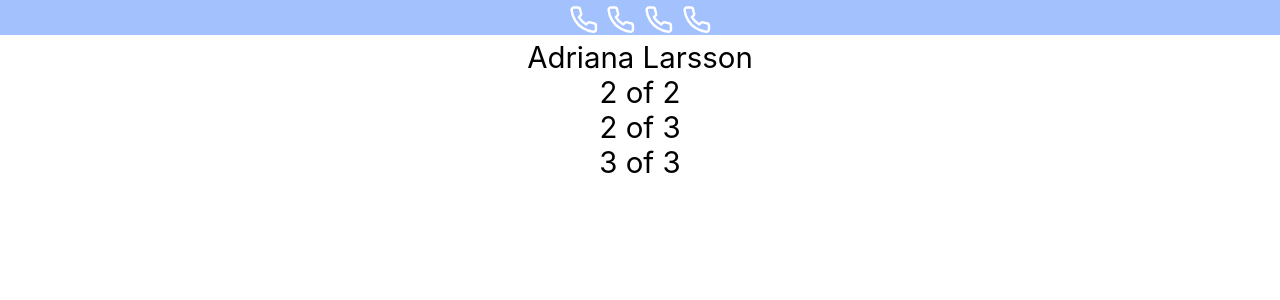
Repository: AdrianaLarsson/learning-react-adriana
Page: /
An editor plug-in stored every save of this project. The page is shown before and after a run of saves, followed by the edit.
The browser window is 1280 px wide. The pictures show the whole page.
The project was rebuilt for these pictures with package versions that can differ from the ones it lists, and the page was loaded fresh each time. Also part of the build but not shown: src/components/pixiLearn/pixi-learning.js, src/components/pixiLearn/reactTimline/timelinegant.js.

Above is the page before, as saved 2021-02-17 13:22:22.

### src/App.js
import './App.css';
import PixiLearning from './components/pixiLearn/pixi-learning'
import TimeLineGant from './components/pixiLearn/reactTimline/timelinegant'
import SjWaypoint from './components/pixiLearn/waypoint-mobile/sjwaypiont'

function App() {
  return (
    <div className="App">
      <header className="App-header">
       {/*  <TimeLineGant/> */}

           {/*   <PixiLearning/> */}
           <SjWaypoint/>
      </header>
    </div>
  );
}

export default App;

### src/App.css
.App {
  text-align: center;
}

.navbar {
  background-color: #a2c1fd;
  height: 30px;
  padding-top: 5px;
  display: flex;
  flex-direction: column;
  align-items: center;
  font-size: calc(15px + 2vmin);
  color: white;
}
.box{
  background-color: #ffffff;
  height: 30px;
  padding-top: 5px;
  display: flex;
  flex-direction: column;
  align-items: center;
  font-size: calc(15px + 2vmin);
  color: rgb(0, 0, 0);

}

/* .App {
  text-align: center;
}

.App-logo {
  height: 40vmin;
  pointer-events: none;
}

@media (prefers-reduced-motion: no-preference) {
  .App-logo {
    animation: App-logo-spin infinite 20s linear;
  }
}

.App-header {
  background-color: #282c34;
  min-height: 100vh;
  display: flex;
  flex-direction: column;
  align-items: center;
  justify-content: center;
  font-size: calc(10px + 2vmin);
  color: white;
}

.App-link {
  color: #61dafb;
}

@keyframes App-logo-spin {
  from {
    transform: rotate(0deg);
  }
  to {
    transform: rotate(360deg);
  }
}
 */

### src/components/pixiLearn/waypoint-mobile/sjwaypiont.js
import React from 'react'
import Navbaren from './navbaren'
import BoxNameDayTime from './box-name-day-time'

function sjwaypiont() {
    return (
        <div>
          <Navbaren/>
            <BoxNameDayTime/>
        </div>
    )
}

export default sjwaypiont

### src/components/pixiLearn/waypoint-mobile/navbaren.js
import React from 'react'
import { FiPhone } from "react-icons/fi";


function navbaren() {
    return (
      <div className="navbar">
          <div className="navbar-container container">
           <FiPhone /> <FiPhone /> <FiPhone /> <FiPhone />
          </div>

      </div>
    )
}

export default navbaren

### src/components/pixiLearn/waypoint-mobile/box-name-day-time.js
import React from 'react'
import Container from "react-bootstrap/Container";
import Row from "react-bootstrap/Row";
import Col from "react-bootstrap/Col"

function boxNameDayTime() {
    return (
<Container className="box">
  <Row>
    <Col>Adriana Larsson</Col>
    <Col>2 of 2</Col>
  </Row>
  <Row>
    <Col></Col>
    <Col>2 of 3</Col>
    <Col>3 of 3</Col>
  </Row>
</Container>

    )
}

export default boxNameDayTime;

Loaded but not shown: public/index.html (common file); src/index.js (common file); src/index.css (common file); src/reportWebVitals.js (common file)

After the next 17 saves:
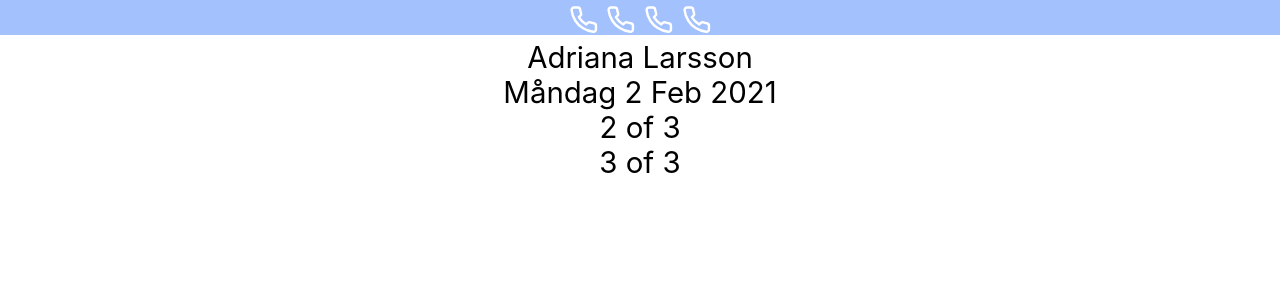
The 17 saves are shown as one change because they came seconds apart.
The last was saved 26 s later.
--- a/src/components/pixiLearn/waypoint-mobile/box-name-day-time.js
+++ b/src/components/pixiLearn/waypoint-mobile/box-name-day-time.js
@@ -8,7 +8,7 @@ function boxNameDayTime() {
 <Container className="box">
   <Row>
     <Col>Adriana Larsson</Col>
-    <Col>2 of 2</Col>
+    <Col>Måndag 2 Feb 2021</Col>
   </Row>
   <Row>
     <Col></Col>
